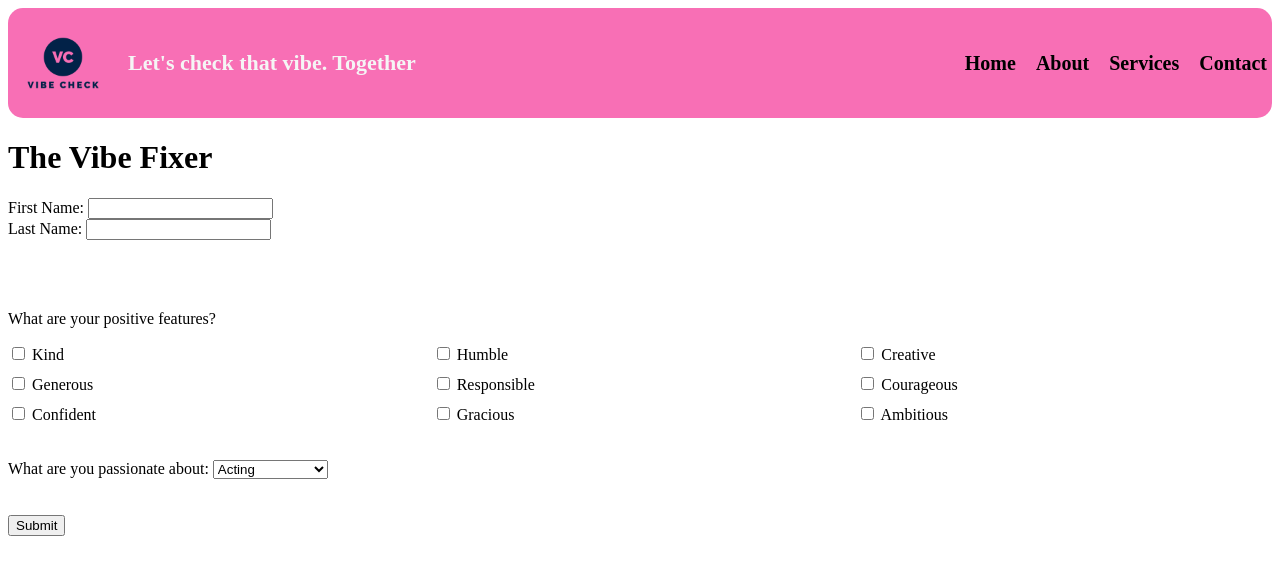
Repository: Chadloswald/Dis-Service
Page: docs/index.html
An editor plug-in stored every save of this project. The page is shown before and after the next save, followed by the edit.
The browser window is 1280 px wide. The pictures show the whole page.

Above is the page before, as saved 2023-05-02 10:58:27.

### docs/index.html
<!DOCTYPE html>
<html>
<head>
	<title>Dis-Service</title>
	<link rel="stylesheet" type="text/css" href="styles.css">
	<script src="scripts.js"></script>
</head>
<body>
	<header>
		<div class="logo">
		  <img src="logo.jpeg" alt="Logo">
		  <h1>Let's check that vibe. Together</h1>
		</div>
		<nav>
		  <ul>
			<li><a href="#">Home</a></li>
			<li><a href="#">About</a></li>
			<li><a href="#">Services</a></li>
			<li><a href="#">Contact</a></li>
		  </ul>
		</nav>
	  </header>
	<h1>The Vibe Fixer</h1>

	<form>

		<label>
			First Name:
			<input type="text" name="firstname" id="firstname">
		</label>
		<label>
			Last Name:
			<input type="text" name="lastname" id="lastname">
		</label>
		<br><br><br>
		<!-- ----------------------------------------- -->
		<p>What are your positive features?</p>
		<div id="checkbox-grid">
		<label>
			<input type="checkbox" name="option1" value="cruel">
			Kind
		</label>
		<label>
			<input type="checkbox" name="option2" value="arrogant">
			Humble
		</label>
		<label>
			<input type="checkbox" name="option3" value="mundane">
			Creative
		</label>
		<label>
			<input type="checkbox" name="option4" value="greedy">
			Generous
		</label>
		<label>
			<input type="checkbox" name="option5" value="irressponsible">
			Responsible
		</label>
		<label>
			<input type="checkbox" name="option6" value="cowardly">
			Courageous
		</label>
		<label>
			<input type="checkbox" name="option7"value="insecure">
			Confident
		</label>
		<label>
			<input type="checkbox" name="option8" value="ungrateful">
			Gracious
		</label>
		<label>
			<input type="checkbox" name="option9" value="apathetic">
			Ambitious
		</label>
	</div>
	<br><br>
		<!-- ------------------------------------------------- -->
		<label>
			What are you passionate about:
			<select id="dropdown">
				<option value="you on stage makes Kristen Stewart's performance in Twilight look Oscar worthy">Acting</option>
				<option value="we checked your chart and your big three are all in ugly">Astrology</option>
				<option value="the next time you get our your telescope I'm going to shine a flashlight right down the tube">Astronomy</option>
				<option value="that bottom is so soggy that Paul Hollywood would never shake your hand">Baking</option>
				<option value="I'm sure your 12 followers are just riveted">Blogging</option>
				<option value="option5">Calligraphy</option>
				<option value="option6">Ceramics</option>
				<option value="option7">Chess</option>
				<option value="option8">Collecting</option>
				<option value="it's called salt! Try using it sometime">Cooking</option>
				<option value="option10">Dancing</option>
				<option value="option10">Drawing</option>
				<option value="option10">Film-making</option>
				<option value="option10">Gardening</option>
				<option value="option10">Hiking</option>
				<option value="option10">Jewelry-making</option>
				<option value="option10">Knitting</option>
				<option value="option10">Meditation</option>
				<option value="option10">Music</option>
				<option value="option10">Painting</option>
				<option value="option10">Photography</option>
				<option value="option10">Playing sports</option>
				<option value="option10">Pottery</option>
				<option value="option10">Reading</option>
				<option value="option10">Running</option>
				<option value="option10">Singing</option>
				<option value="option10">Traveling</option>
				<option value="option10">Volunteering</option>
				<option value="option10">Woodworking</option>
				<option value="option10">Writing</option>
				<option value="option10">Yoga</option>
			</select>
		</label>
		<br><br>
		<input type="submit" value="Submit" onclick="displayMessage()">
	</form>
</body>
</html>

### docs/styles.css
label {
	display: block;
}

#checkbox-grid {
	display: grid;
	grid-template-columns: repeat(3, 1fr);
	grid-gap: 10px;
  }

  #checkbox-grid label {
	display: block;
  }

  header {
	background-color: #f86fb5;
	color: whitesmoke;
	display: flex;
	justify-content: space-between;
	align-items: center;
	padding: 5px;
	border-radius: 15px;
  }

  header h1 {
	font-size: 22px;
  }

  .logo {
	display: flex;
	align-items: center;
  }

  .logo img {
	height: 100px;
	margin-right: 15px;
  }

  nav ul {
	display: flex;
	list-style: none;
  }

  nav li {
	margin-left: 20px;
  }

  nav a {
	color: black;
	text-decoration: none;
	font-weight: bold;
	font-size: 20px;
  }

### docs/scripts.js
function displayMessage() {
	// get the values of the input fields
	var firstname = document.getElementById("firstname").value;
	var lastname = document.getElementById("lastname").value;

	// get the values of the selected checkboxes
	var checkboxes = document.querySelectorAll('input[type="checkbox"]:checked');
	var selected = [];
	for (var i = 0; i < checkboxes.length; i++) {
		selected.push(checkboxes[i].value);
	}

	// get the value of the selected option in the dropdown menu
	var dropdown = document.getElementById("dropdown");
	var selectedOption = dropdown.options[dropdown.selectedIndex].value;

	// create an array of names
	var names = ["Smellward", "Poopington", "Fartsman", "Cheesewick", "McLoser", "Hoobitoob", "Cramsworth", "Plooperbum", "Frimblebim", "Feebrizz"];

	// randomly select two names from the array
	var randomIndex1 = Math.floor(Math.random() * names.length);
	var randomIndex2 = Math.floor(Math.random() * names.length);
	while (randomIndex1 === randomIndex2) {
		randomIndex2 = Math.floor(Math.random() * names.length);
	}
	var randomName1 = names[randomIndex1];
	var randomName2 = names[randomIndex2];

	// construct the message
	var message = "Hey " + firstname + " " + lastname + "! Here's a message to cheer you up! You are an " + selected.join(", ") + " little jerk, and " + selectedOption + ". \nYou have lost the right to use the name " + firstname + " " + lastname + ", you nerd. You will be henceforth known as " + randomName1 + " " + randomName2 + ". May shame follow your family for 1000 years.";

	// display the message in an alert box
	alert(message);
}

After the next save:
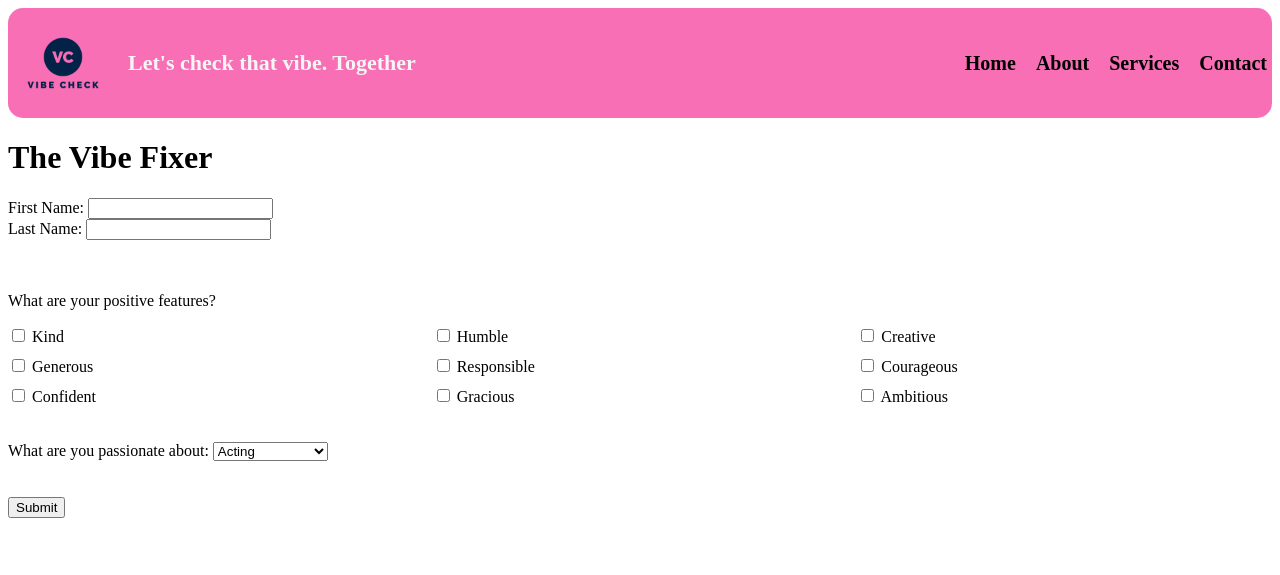
Saved 14 s later.
--- a/docs/index.html
+++ b/docs/index.html
@@ -32,7 +32,7 @@
 			Last Name:
 			<input type="text" name="lastname" id="lastname">
 		</label>
-		<br><br><br>
+		<br><br>
 		<!-- ----------------------------------------- -->
 		<p>What are your positive features?</p>
 		<div id="checkbox-grid">
